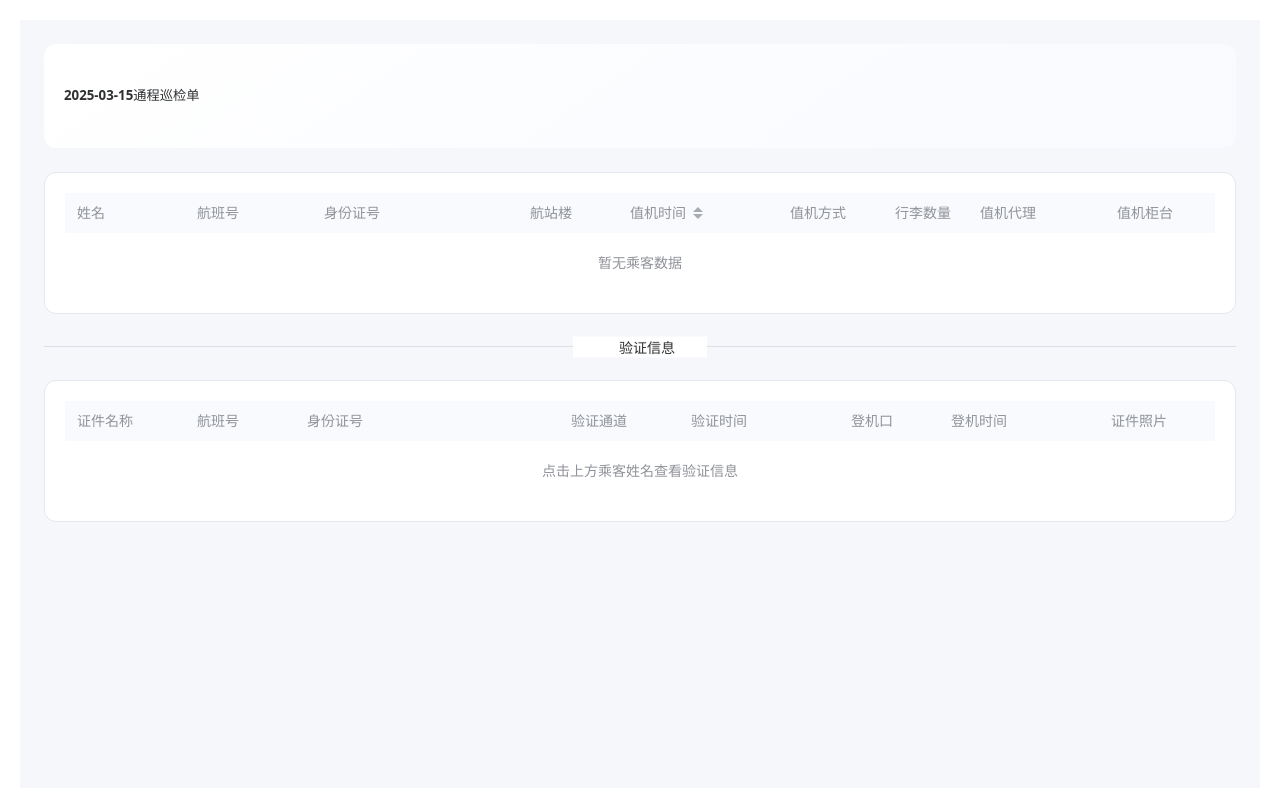
Repository: jhonMacTavish/through-baggage-info-check
Page: / (app in web/)
These files come from the project's save history. The page is drawn as it stood at one moment and after the next save; the edit follows.
The browser window is 1280 px wide. The pictures show the whole page.
The page's requests for data from a server got no answer. The project was rebuilt for these pictures with package versions that can differ from the ones it lists, and the page was loaded fresh each time. No one was signed in, and anything a server would have sent is missing. Also part of the build but not shown: web/vite.config.js, web/src/components/Header.vue.

Above is the page before, as saved 2025-03-27 14:32:28.

### web/index.html
<!--
 * @Author: john_mactavish 981192661@qq.com
 * @Date: 2025-03-12 09:20:58
 * @LastEditors: john_mactavish 981192661@qq.com
 * @LastEditTime: 2025-03-12 16:38:07
 * @FilePath: \passengerInfoSearch\web\index.html
 * @Description: 这是默认设置,请设置`customMade`, 打开koroFileHeader查看配置 进行设置: https://github.com/OBKoro1/koro1FileHeader/wiki/%E9%85%8D%E7%BD%AE
-->
<!doctype html>
<html lang="en">
  <head>
    <meta charset="UTF-8" />
    <link rel="icon" type="image/svg+xml" href="/vite.svg" />
    <meta name="viewport" content="width=device-width, initial-scale=1.0" />
    <title>旅客信息查询</title>
  </head>
  <body>
    <div id="app"></div>
    <script type="module" src="/src/main.js"></script>
  </body>
</html>

### web/src/main.js
/*
 * @Author: john_mactavish 981192661@qq.com
 * @Date: 2025-03-12 09:20:58
 * @LastEditors: john_mactavish 981192661@qq.com
 * @LastEditTime: 2025-03-12 09:31:55
 * @FilePath: \passengerInfoSearch\web\src\main.js
 * @Description: 这是默认设置,请设置`customMade`, 打开koroFileHeader查看配置 进行设置: https://github.com/OBKoro1/koro1FileHeader/wiki/%E9%85%8D%E7%BD%AE
 */
import { createApp } from 'vue'
import './style.css'
import ElementPlus from 'element-plus'
import 'element-plus/dist/index.css'
import App from './App.vue'

createApp(App).use(ElementPlus).mount('#app')

### web/src/style.css
:root {
  font-family: system-ui, Avenir, Helvetica, Arial, sans-serif;
  line-height: 1.5;
  font-weight: 400;

  color-scheme: light dark;
  color: rgba(255, 255, 255, 0.87);
  background-color: #242424;

  font-synthesis: none;
  text-rendering: optimizeLegibility;
  -webkit-font-smoothing: antialiased;
  -moz-osx-font-smoothing: grayscale;
}

a {
  font-weight: 500;
  color: #646cff;
  text-decoration: inherit;
}
a:hover {
  color: #535bf2;
}

body {
  margin: 0;
  display: flex;
  place-items: center;
  min-width: 320px;
  min-height: 100vh;
}

h1 {
  font-size: 3.2em;
  line-height: 1.1;
}

button {
  border-radius: 8px;
  border: 1px solid transparent;
  padding: 0.6em 1.2em;
  font-size: 1em;
  font-weight: 500;
  font-family: inherit;
  background-color: #1a1a1a;
  cursor: pointer;
  transition: border-color 0.25s;
}
button:hover {
  border-color: #646cff;
}
button:focus,
button:focus-visible {
  outline: 4px auto -webkit-focus-ring-color;
}

.card {
  padding: 2em;
}

#app {
  box-sizing: border-box;
  width: 100vw;
  height: 100vh;
  margin: 0 auto;
  padding: 20px;
  /* text-align: center; */
}

@media (prefers-color-scheme: light) {
  :root {
    color: #213547;
    background-color: #ffffff;
  }
  a:hover {
    color: #747bff;
  }
  button {
    background-color: #f9f9f9;
  }
}

### web/src/App.vue
<!--
 * @Author: john_mactavish 981192661@qq.com
 * @Date: 2025-03-12 09:20:58
 * @LastEditors: john_mactavish 981192661@qq.com
 * @LastEditTime: 2025-03-27 14:32:28
 * @FilePath: \passengerInfoSearch\web\src\App.vue
-->
<script setup>
import { onMounted, ref } from 'vue'
import { ElMessage } from 'element-plus'
import Header from './components/Header.vue'
import axios from 'axios'
import { dayjs } from 'element-plus'

const passengerData = ref([])
const verifyData = ref([])
const tableData = ref([])
const loading = ref(false)
const date = dayjs().format('YYYY-MM-DD')

const getData = async () => {
  try {
    const { data } = await axios.get("/api/queryThroughBaggageInfo", {
      params: {}
    });
    console.log(data);
    tableData.value = data.data;

    if (data.data.length == 0) {
      ElMessage.warning(`没有通程行李信息`)
    } else {
      // verifyData.value = data.data.map(item => ({
      //   ...item,
      //   VERIFY_TIME: dayjs(item.VERIFY_TIME).format('YYYY-MM-DD HH:mm:ss'),
      //   BOARD_TIME: dayjs(item.BOARD_TIME).format('YYYY-MM-DD HH:mm:ss')
      // }))
    }
  } catch (error) {
    console.log(error);
    ElMessage.error(`通程行李信息获取失败: ${error.message}`)
  }
}

onMounted(() => {
  getData();
})

</script>

<template>
  <div class="container">
    <el-container>
      <!-- 头部区域 -->
      <el-header class="header-wrapper">
        <el-card shadow="hover" class="header-card">
          <!-- <Header @emitSearch="queryPassenger" @emitReset="reset" /> -->
          <h5>{{ date }}通程巡检单</h5>
        </el-card>
      </el-header>

      <!-- 主内容区域 -->
      <el-main class="main-wrapper">
        <!-- 乘客信息卡片 -->
        <el-card shadow="hover" class="table-card">
          <el-skeleton :loading="loading" :rows="6" animated>
            <el-table id="educe-table" :data="passengerData" stripe highlight-current-row @row-click="queryVerify"
              empty-text="暂无乘客数据">
              <el-table-column label="姓名" width="120">
                <template #default="scope">
                  <el-button link type="primary" class="name-btn" @click.stop="queryVerify(scope.row)">
                    {{ scope.row.NAME }}
                  </el-button>
                </template>
              </el-table-column>
              <el-table-column prop="FLIGHT_NO" label="航班号" min-width="110" />
              <el-table-column prop="ID_CARD" label="身份证号" min-width="180" />
              <el-table-column prop="TERMINALL" label="航站楼" width="100" />
              <el-table-column prop="CHECKIN_TIME" label="值机时间" width="160" sortable />
              <el-table-column prop="CHECKIN_WAY" label="值机方式" width="100" />
              <el-table-column prop="BAGGAGE_NUM" label="行李数量" width="90" align="center" />
              <el-table-column prop="CHECKIN_AGENT" label="值机代理" min-width="120" />
              <el-table-column prop="CHECKIN_OFFCIE" label="值机柜台" width="110" />
            </el-table>
          </el-skeleton>
        </el-card>

        <!-- 分隔线 -->
        <el-divider class="custom-divider">
          <el-icon><arrow-down /></el-icon>
          <span class="divider-text">验证信息</span>
        </el-divider>

        <!-- 验证信息卡片 -->
        <el-card shadow="hover" class="table-card">
          <el-table :data="verifyData" empty-text="点击上方乘客姓名查看验证信息">
            <el-table-column prop="CARD_NAME" label="证件名称" width="120" />
            <el-table-column prop="FLIGHT_NO" label="航班号" width="110" />
            <el-table-column prop="ID_CARD" label="身份证号" min-width="180" />
            <el-table-column prop="CHANNEL" label="验证通道" width="120" />
            <el-table-column prop="VERIFY_TIME" label="验证时间" width="160" />
            <el-table-column prop="GATE" label="登机口" width="100" />
            <el-table-column prop="BOARD_TIME" label="登机时间" width="160" />
            <el-table-column label="证件照片">
              <template #default="scope">
                <el-image style="width: 100px; height: 100px" :src="`http://10.33.113.23:8002${scope.row.PASS_PHOTO}`"
                  :zoom-rate="1.2" :max-scale="7" :min-scale="0.2"
                  :preview-src-list="[`http://10.33.113.23:8002${scope.row.PASS_PHOTO}`]" show-progress
                  :initial-index="4" fit="cover" :z-index="9999">
                  <template #error>
                    <div class="image-error">
                      <el-icon>
                        <picture />
                      </el-icon>
                      <span>加载失败</span>
                    </div>
                  </template>
                </el-image>
              </template>
            </el-table-column>
          </el-table>
        </el-card>
      </el-main>
    </el-container>
  </div>
</template>

<style scoped lang="scss">
.container {
  max-width: 1440px;
  margin: 0 auto;
  padding: 24px;
  background: #f5f7fa;
  min-height: 100vh;
}

.header-wrapper {
  height: auto;
  padding: 0;
  margin-bottom: 24px;

  .header-card {
    border-radius: 12px;
    background: linear-gradient(145deg, #ffffff 0%, #f8faff 100%);
    border: none;
  }
}

.main-wrapper {
  padding: 0;

  .table-card {
    border-radius: 12px;
    margin-bottom: 24px;
    transition: box-shadow 0.3s ease;

    &:hover {
      box-shadow: 0 6px 18px rgba(0, 0, 0, 0.08);
    }

    :deep(.el-table) {
      --el-table-border-color: transparent;
      --el-table-header-bg-color: #f8fafd;
    }
  }
}

.custom-divider {
  margin: 32px 0;
  color: #909399;

  .divider-text {
    margin: 0 12px;
    font-size: 14px;
    font-weight: 500;
  }

  .el-icon {
    vertical-align: middle;
  }
}

.name-btn {
  font-weight: 500;
  transition: all 0.2s;

  &:hover {
    transform: translateX(3px);
    color: var(--el-color-primary) !important;
  }
}

.pass-photo {
  // width: 120px;
  // height: 80px;
  border-radius: 6px;
  box-shadow: 0 2px 8px rgba(0, 0, 0, 0.1);
  transition: transform 0.3s;

  &:hover {
    transform: scale(1.03);
    cursor: zoom-in;
  }
}

.image-error {
  @apply flex flex-col items-center justify-center h-full text-gray-400;

  .el-icon {
    font-size: 24px;
    margin-bottom: 8px;
  }
}
</style>

After the next save:
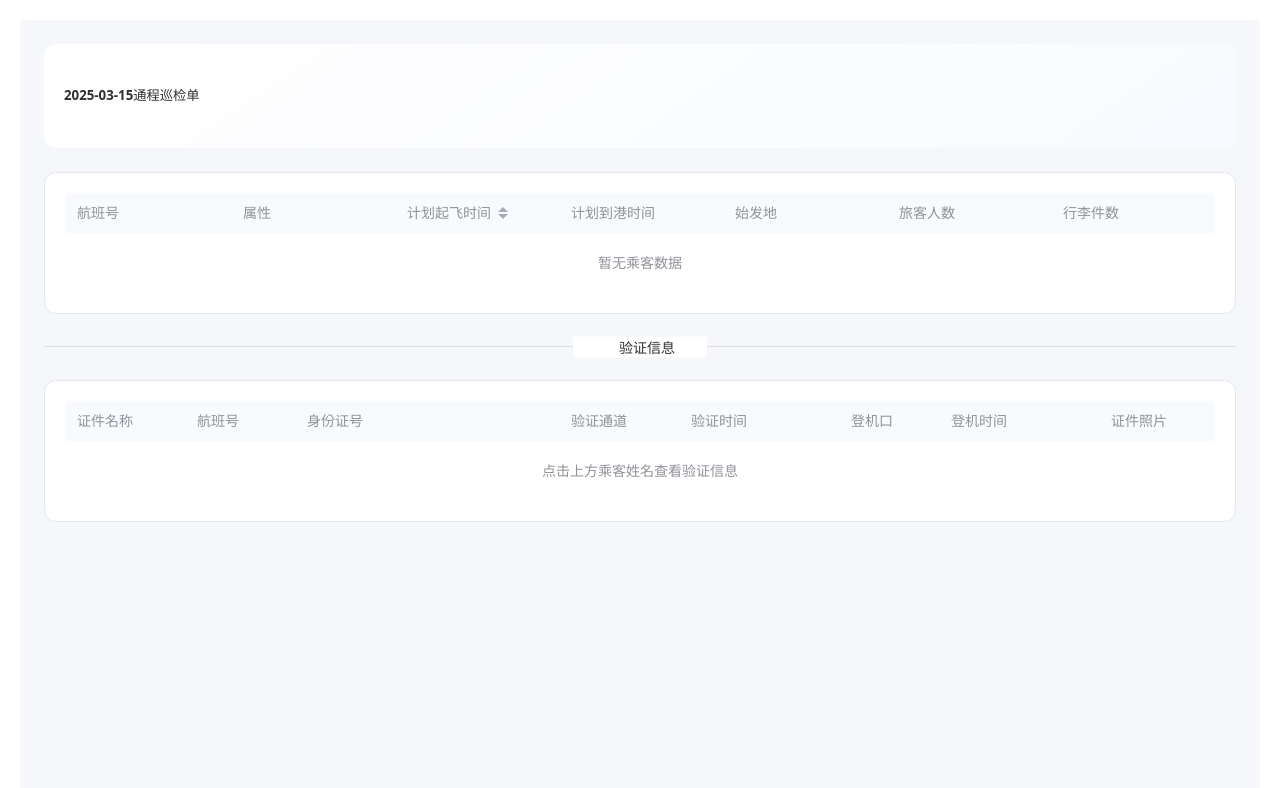
Saved 3 min 17 s later.
--- a/web/src/App.vue
+++ b/web/src/App.vue
@@ -2,7 +2,7 @@
  * @Author: john_mactavish 981192661@qq.com
  * @Date: 2025-03-12 09:20:58
  * @LastEditors: john_mactavish 981192661@qq.com
- * @LastEditTime: 2025-03-27 14:32:28
+ * @LastEditTime: 2025-03-27 14:35:45
  * @FilePath: \passengerInfoSearch\web\src\App.vue
 -->
 <script setup>
@@ -65,21 +65,13 @@ onMounted(() => {
           <el-skeleton :loading="loading" :rows="6" animated>
             <el-table id="educe-table" :data="passengerData" stripe highlight-current-row @row-click="queryVerify"
               empty-text="暂无乘客数据">
-              <el-table-column label="姓名" width="120">
-                <template #default="scope">
-                  <el-button link type="primary" class="name-btn" @click.stop="queryVerify(scope.row)">
-                    {{ scope.row.NAME }}
-                  </el-button>
-                </template>
-              </el-table-column>
-              <el-table-column prop="FLIGHT_NO" label="航班号" min-width="110" />
-              <el-table-column prop="ID_CARD" label="身份证号" min-width="180" />
-              <el-table-column prop="TERMINALL" label="航站楼" width="100" />
-              <el-table-column prop="CHECKIN_TIME" label="值机时间" width="160" sortable />
-              <el-table-column prop="CHECKIN_WAY" label="值机方式" width="100" />
-              <el-table-column prop="BAGGAGE_NUM" label="行李数量" width="90" align="center" />
-              <el-table-column prop="CHECKIN_AGENT" label="值机代理" min-width="120" />
-              <el-table-column prop="CHECKIN_OFFCIE" label="值机柜台" width="110" />
+              <el-table-column prop="航班号" label="航班号" />
+              <el-table-column prop="属性" label="属性" />
+              <el-table-column prop="计划起飞时间" label="计划起飞时间" sortable />
+              <el-table-column prop="计划到港时间" label="计划到港时间" />
+              <el-table-column prop="始发地" label="始发地" />
+              <el-table-column prop="旅客人数" label="旅客人数" />
+              <el-table-column prop="行李件数" label="行李件数" />
             </el-table>
           </el-skeleton>
         </el-card>
